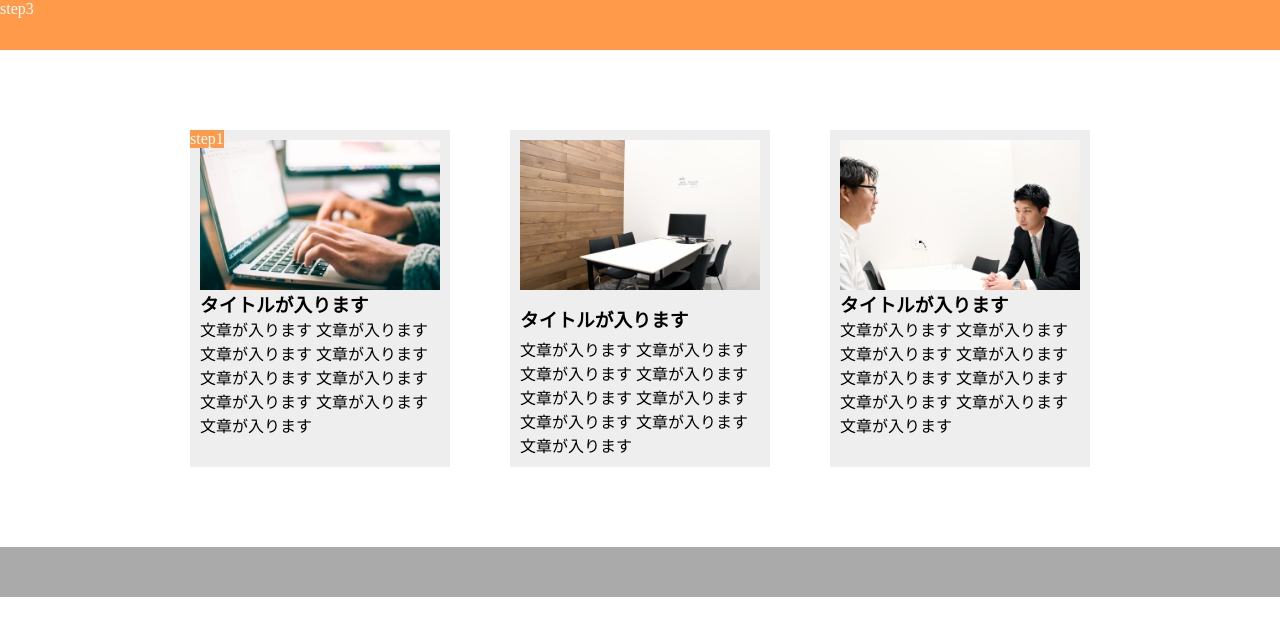
Repository: shizuki-okuma/dmm-webcamp
Page: chapter9_exercise/chapter9_exercise.html
The author's editor kept a record of every edit. The page is drawn from the files as they stood at one moment, then again after the next edit.
The browser window is 1280 px wide. The pictures show the whole page.

Above is the page before.

### chapter9_exercise/chapter9_exercise.html
<!DOCTYPE html>
<html lang="ja">
  <head>
    <meta charset="UTF-8" />
    <!-- CSSファイルの読み込み -->
    <link rel="stylesheet" href="style9.css" />
    <title>chapter9_exercise</title>
  </head>

  <body>
    <div class="header"></div>
    <div class="main-visual">
      <div class="main-box1">
        <span class="icon">step1</span>
        <div class="image1"></div>
        <h3>タイトルが入ります</h3>
        <p>文章が入ります 文章が入ります 文章が入ります 文章が入ります 文章が入ります 文章が入ります 文章が入ります 文章が入ります 文章が入ります</p>
      </div>

      <div class="main-box2">
        <span class="icon">step2</span>
        <div class="image2"></div>
        <h3 class="heading">タイトルが入ります</h3>
        <p>文章が入ります 文章が入ります 文章が入ります 文章が入ります 文章が入ります 文章が入ります 文章が入ります 文章が入ります 文章が入ります</p>
      </div>

      <div class="main-box3">
        <span class="icon">step3</span>
        <div class="image3"></div>
        <h3>タイトルが入ります</h3>
        <p>文章が入ります 文章が入ります 文章が入ります 文章が入ります 文章が入ります 文章が入ります 文章が入ります 文章が入ります 文章が入ります</p>
      </div>
    </div>
    <footer>

    </footer>

  </body>
</html>

### chapter9_exercise/style9.css
* {
  margin: 0;
  padding: 0;
  box-sizing: border-box;
}

.header {
  background-color: #FF9A4B;
  height: 50px;
}
.main-visual {
  width: 960px;
  display: flex;
  margin: 50px auto;
}

.main-box:last-child {
  margin-right: 0;
}
.icon {
  position: absolute;
  top: 0;
  left: 0;
  background-color: #FF9A4B;
  color: white;
}
.heading {
  margin-top: 15px;
  margin-bottom: 5px;
}
.main-box1 {
  width: 300px;
  background-color: #EEEEEE;
  margin: 30px;
  padding: 10px;
  position: relative;
}
.image1 {
  background-image: url(img/flow01.png);
  background-size: cover;
  background-position: center;
  height: 150px;
}
.main-box2 {
  width: 300px;
  background-color: #EEEEEE;
  margin: 30px;
  padding: 10px;
}
.image2 {
  background-image: url(img/flow02.png);
  background-size: cover;
  background-position: center;
  height: 150px;
}
.main-box3 {
  width: 300px;
  background-color: #EEEEEE;
  margin: 30px;
  padding: 10px;
}

.image3 {
  height: 150px;
  background-image: url(img/flow03.png);
  background-size: cover;
  background-position: center;

}
footer {
  background-color: #AAAAAA;
  height: 50px;
}

After the next edit:
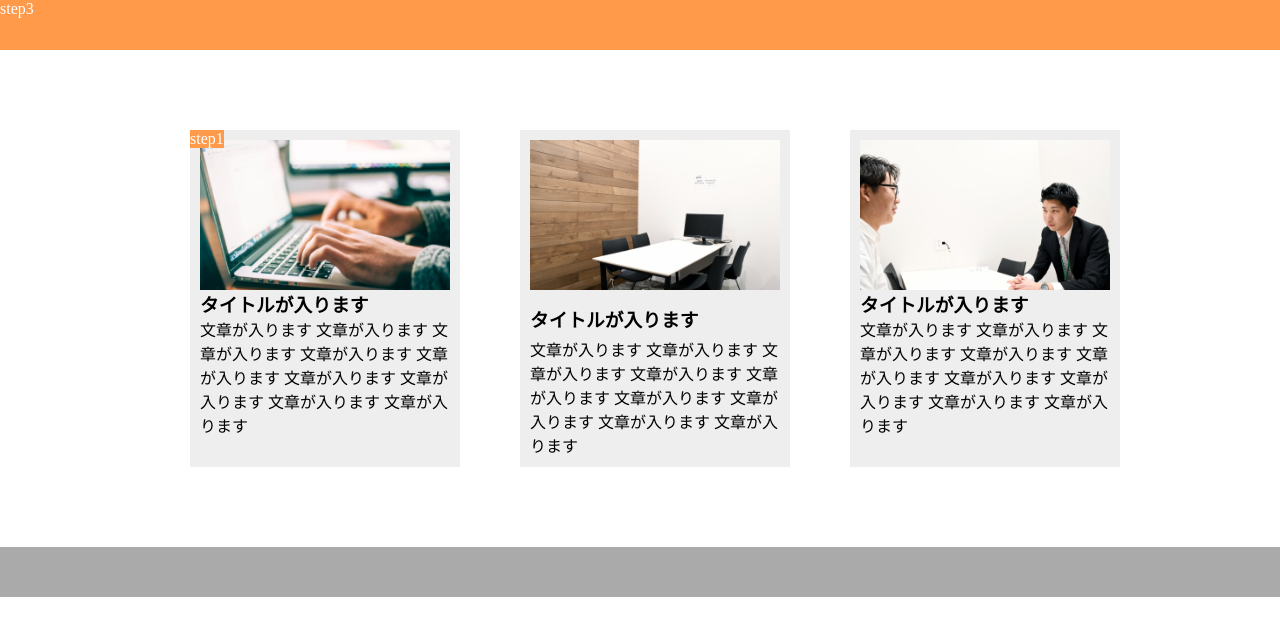
The edit:
--- a/chapter9_exercise/style9.css
+++ b/chapter9_exercise/style9.css
@@ -14,7 +14,9 @@
   margin: 50px auto;
 }
 
-.main-box:last-child {
+.main-box1:last-child,
+.main-box2:last-child,
+.main-box3:last-child {
   margin-right: 0;
 }
 .icon {
